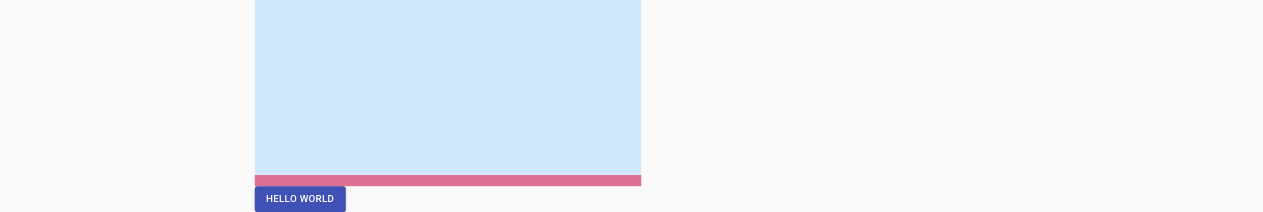
Repository: cherguiyacine/gitHubSearch
Page: /
The author's editor kept a copy of each file at every save. The page is drawn from the files as they stood at one save, then again after the next save.
The browser window is 1280 px wide. The page is 1280 px wide, then 1804 px, so the pictures cover 1804 px, including what lies to the right of the window. The pictures show the part of the page from y = 470 to 1830 px (the page is 773 px tall before and 2197 px after), at 70% of full size.
The project was rebuilt for these pictures with package versions that can differ from the ones it lists, and the page was loaded fresh each time. Also part of the build but not shown: src/Component/Layout/Navbar.js, src/Component/Users/UserItem.js, src/Component/Layout/Spinner.js, src/Component/Users/Users.js, src/Component/Users/Search.js, src/App.js.

Above is the page before, as saved 2019-11-21 23:20:20.

After the next save:
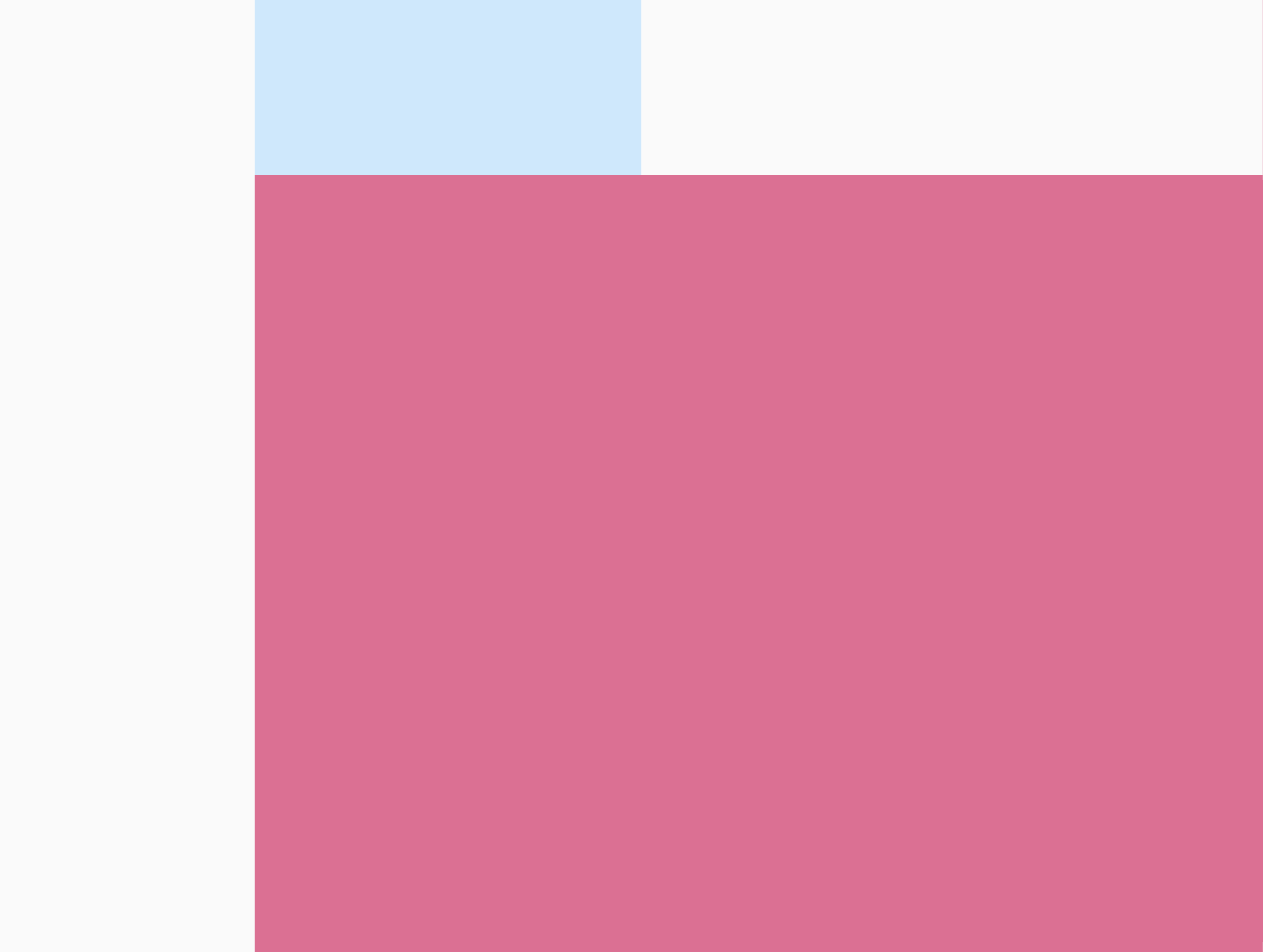
Saved 8 s later.
--- a/src/Authentification.js
+++ b/src/Authentification.js
@@ -20,7 +20,7 @@ export class Authentification extends Component {
             component='div'
             style={{ backgroundColor: "#cfe8fc", height: "100vh" }}
           />
-          <Box color='white' bgcolor='palevioletred' p={1}></Box>
+          <Box color='white' bgcolor='palevioletred' p={90}></Box>
           <Button variant='contained' color='primary'>
             Hello World
           </Button>
